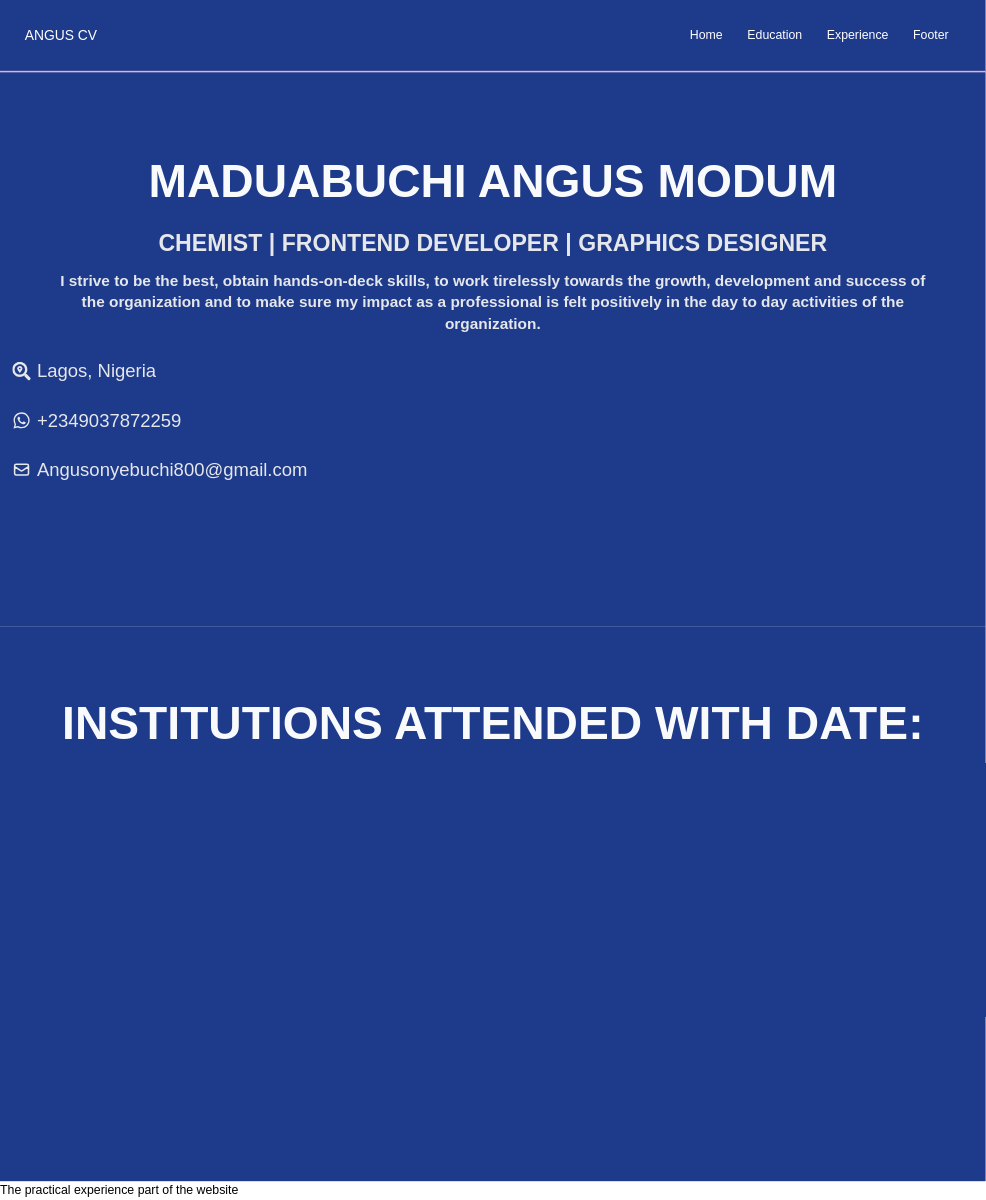
Repository: AngusOnyebuchi/AngusOnyebuchi.github.io
Page: /
The author's editor kept a copy of each file at every save. The page is drawn from the files as they stood at one save, then again after the next save.
The browser window is 1280 px wide. The pictures show the whole page, at 77% of full size.
The project was rebuilt for these pictures with package versions that can differ from the ones it lists, and the page was loaded fresh each time.

Above is the page before, as saved 2022-04-17 16:32:31.

### public/index.html
<!DOCTYPE html>
<html lang="en">
  <head>
    <meta charset="utf-8" />
    <link rel="icon" href="%PUBLIC_URL%/favicon.ico" />
    <meta name="viewport" content="width=device-width, initial-scale=1" />
    <meta name="theme-color" content="#000000" />
    <meta
      name="description"
      content="Web site created using create-react-app"
    />
    <link rel="apple-touch-icon" href="%PUBLIC_URL%/logo192.png" />
    <!--
      manifest.json provides metadata used when your web app is installed on a
      user's mobile device or desktop. See https://developers.google.com/web/fundamentals/web-app-manifest/
    -->
    <link rel="manifest" href="%PUBLIC_URL%/manifest.json" />
    <!--
      Notice the use of %PUBLIC_URL% in the tags above.
      It will be replaced with the URL of the `public` folder during the build.
      Only files inside the `public` folder can be referenced from the HTML.

      Unlike "/favicon.ico" or "favicon.ico", "%PUBLIC_URL%/favicon.ico" will
      work correctly both with client-side routing and a non-root public URL.
      Learn how to configure a non-root public URL by running `npm run build`.
    -->
    <title>Angus CV </title>
  </head>
  <body>
    <noscript>You need to enable JavaScript to run this app.</noscript>
    <div id="root"></div>
    <!--
      This HTML file is a template.
      If you open it directly in the browser, you will see an empty page.

      You can add webfonts, meta tags, or analytics to this file.
      The build step will place the bundled scripts into the <body> tag.

      To begin the development, run `npm start` or `yarn start`.
      To create a production bundle, use `npm run build` or `yarn build`.
    -->
  </body>
</html>

### src/index.js
import React from "react";
import ReactDOM from "react-dom";
import "./style.css"
import App from "./App";

ReactDOM.render(<App/>, document.getElementById("root"))

### src/style.css
@tailwind base;
@tailwind components;
@tailwind utilities;

@layer base {
    body{
        @apply font-[Sans-serif];
    }
    li {
        @apply px-4;
        @apply cursor-pointer;
    }
}

### src/App.js
import React from "react";
import Home from "./components/Home"
import Education from "./components/Education";
import Experience from "./components/Experience";
import NavBar from "./components/NavBar";

export default function App() {
  return (
    <div>
      <NavBar/>
      <Home/>
      <Education/>
      <Experience/>
    </div>
  )
}

### src/components/Home.js
import React from "react";
import {FaWhatsapp, FaLocationArrow, FaSearchLocation} from "react-icons/fa"
import {HiOutlineMail} from "react-icons/hi"

export default function Home() {
    return (
        <div className="w-full h-screen p-4 bg-blue-900 text-gray-200">
            <h1 className="text-4xl md:text-6xl font-bold uppercase pt-24 text-center text-gray-50">Maduabuchi Angus Modum</h1>
            <h3 className="text-xl md:text-3xl font-bold uppercase pt-8 text-center">Chemist  |  Frontend Developer  |  Graphics Designer</h3>
            <p className="font-bold text-center justify-center text-lg md:text-xl max-w-[1200px] mx-12 mt-4">I strive to be the best, obtain hands-on-deck skills,
                to work tirelessly towards the growth, development and success of the organization and to make sure my impact
                as a professional is felt positively in the day to day activities of the organization.</p>

            <div className="flex flex-col text-center md:flex flex-cols-3 gap-8 text-2xl justify-center pt-8">
                <div className="flex items-center">
                    <FaSearchLocation/>
                    <h4 className="ml-2">Lagos, Nigeria</h4>
                </div>
                <div className="flex items-center">
                    <FaWhatsapp/>
                    <h4 className="ml-2">+2349037872259</h4>
                </div>
                <div className="flex items-center">
                    <HiOutlineMail/>
                    <h4  className="ml-2">Angusonyebuchi800@gmail.com</h4>
                </div>
            </div>
        </div>
    )
}

### src/components/Education.js
import React from "react";

export default function Education() {
    return(
        <div className="bg-blue-900 w-full h-screen text-gray-200">
            <h1 className="text-4xl md:text-6xl font-bold uppercase pt-24 text-center text-gray-50">INSTITUTIONS ATTENDED WITH DATE:</h1>
        </div>
    )
}

### src/components/Experience.js
import React from "react";

export default function Experience() {
    return(
        <div>
            <h1>The practical experience part of the website</h1>
        </div>
    )
}

### src/components/NavBar.js
import React, {useState} from "react";
import {FaTimes, FaBars} from "react-icons/fa"

export default function NavBar() {

    const [nav, setNav] = useState(true)
    const toggle = () => setNav(!nav)

    return(
        <div className="bg-blue-900 text-white w-full p-8 flex justify-between items-center border-b-2 border-pink-300">
            <h1 className="uppercase text-lg">Angus CV</h1>

            <ul className=" hidden sm:flex justify-between">
                <li className="hover:border-b-2 border-pink-300 ">Home</li>
                <li className="hover:border-b-2 border-pink-300 ">Education</li>
                <li className="hover:border-b-2 border-pink-300 ">Experience</li>
                <li className="hover:border-b-2 border-pink-300 ">Footer</li>
            </ul>

            {/** Mobile list */}
            <div onClick={toggle} className="sm:hidden z-10">
                {nav ? <FaBars/> : <FaTimes/>}
            </div>
            <ul className={nav ? 'hidden' : 'absolute top-0 left-0 w-full h-screen bg-inherit flex flex-col justify-center items-center my-8 sm:hidden'}>
                    <li>Home</li>
                    <li>Education</li>
                    <li>Experience</li>
                    <li>Footer</li>
            </ul>
        </div>
    )
}

Loaded but not shown: tailwind.config.js (common file)

After the next save:
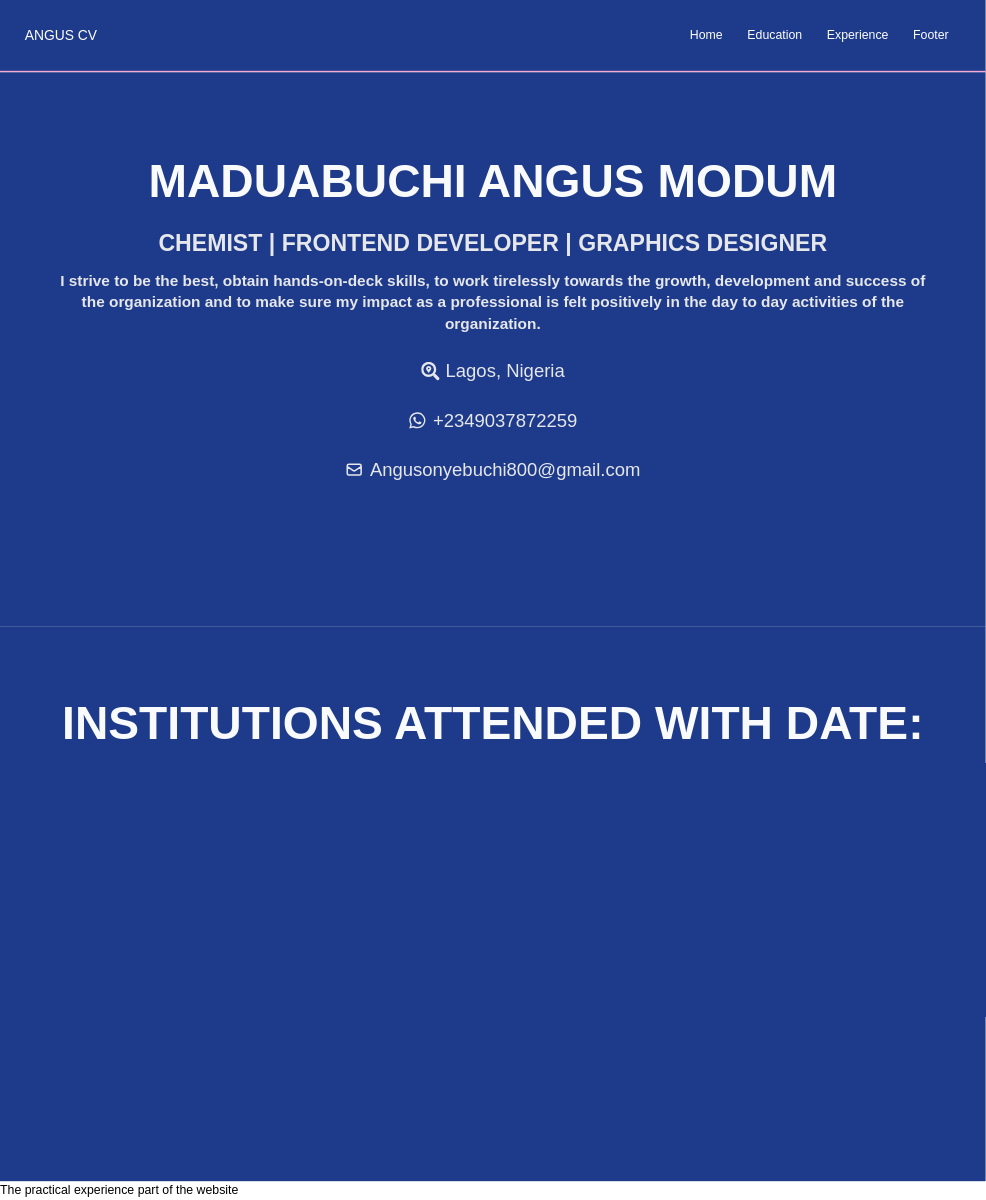
Saved 30 s later.
--- a/src/components/Home.js
+++ b/src/components/Home.js
@@ -11,7 +11,7 @@ export default function Home() {
                 to work tirelessly towards the growth, development and success of the organization and to make sure my impact
                 as a professional is felt positively in the day to day activities of the organization.</p>
 
-            <div className="flex flex-col text-center md:flex flex-cols-3 gap-8 text-2xl justify-center pt-8">
+            <div className="flex flex-col items-center md:flex flex-cols-3 gap-8 text-2xl justify-center pt-8">
                 <div className="flex items-center">
                     <FaSearchLocation/>
                     <h4 className="ml-2">Lagos, Nigeria</h4>
